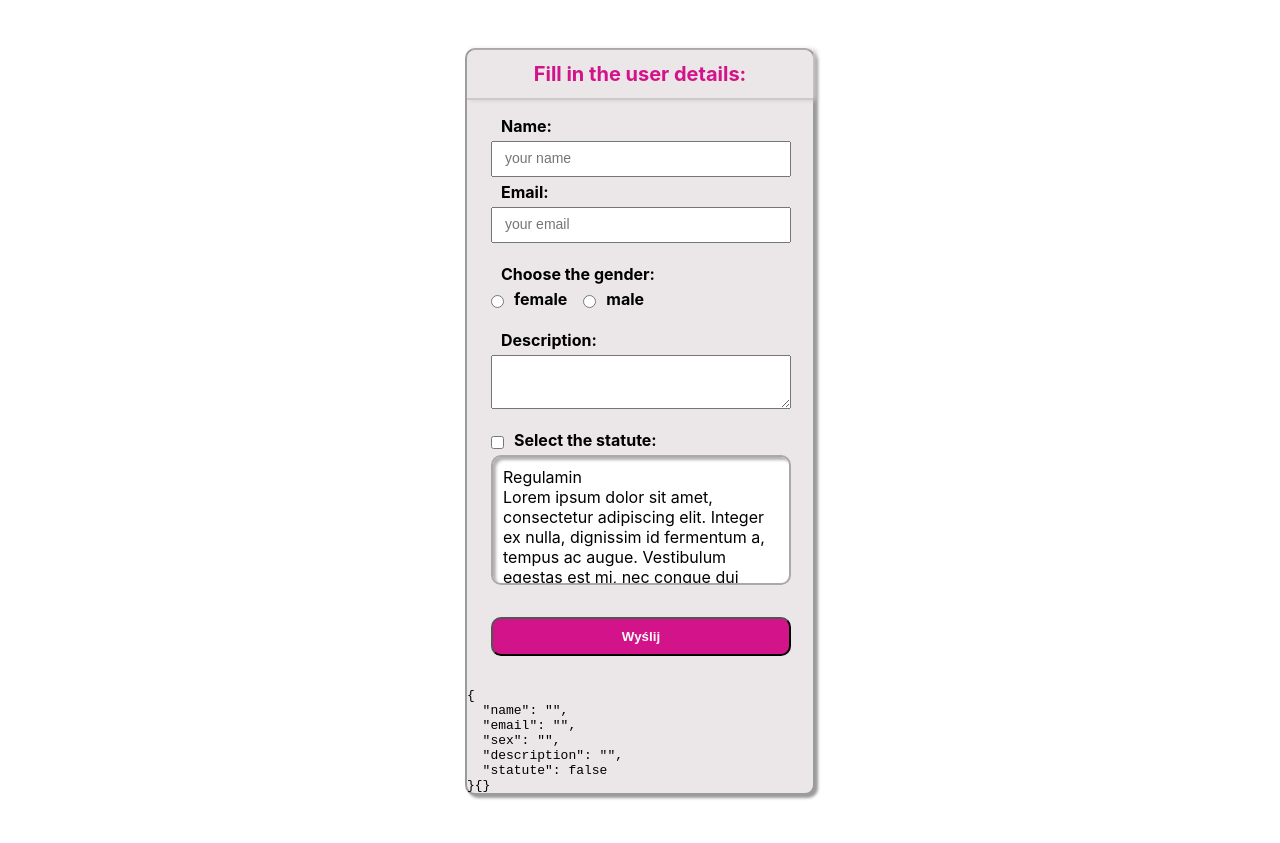
Repository: KrzysKolo/sr_tydzien4_zad3
Page: /
These files come from the project's save history. The page is drawn as it stood at one moment and after the next save; the edit follows.
The browser window is 1280 px wide. The pictures show the whole page.
The project was rebuilt for these pictures with package versions that can differ from the ones it lists, and the page was loaded fresh each time. Also part of the build but not shown: src/components/FormComponents/TextError.js.

Above is the page before, as saved 2020-11-19 17:23:13.

### src/App.js
import React from 'react';
import './App.css';
import FormikContainer from './components/Formik/FormikContainer';
import Header from './components/Header';
const App = () => {
  return (
    <main className="App">
      <Header />
      <FormikContainer />
    </main>
   );
}

export default App;

### src/App.css
* {
  margin: 0;
  padding: 0;
  box-sizing: border-box;
}
.App {
  margin: 3rem auto;
  width: 350px;
  background-color: rgb(235, 231, 232);
  border: 2px solid rgb(155, 155, 155);
  border-radius: 10px;
  box-shadow: 3px 3px 3px rgb(155, 155, 155);
}
.section {
  display: flex;
  flex-direction: column;
  margin: 1rem 1.5rem;
  justify-content: center;
}
label {
  font-weight: bold;
  display: flex;
  margin-bottom: 5px;
  margin-left: 10px;
}
input[type="text"],
input[type="email"],
textarea {
  display: block;
  width: 300px;
  padding: 6px 12px;
  font-size: 14px;
  line-height: 1.4285;
  color: #555;
  margin: 5px 0;
}
.error {
  color: red;
}
.row {
  display: flex;
  flex-direction: row;
  align-items: center;
  margin-right: 1rem;
}
.statute {
  border: 2px solid rgb(170, 169, 169);
  border-radius: 10px;
  box-shadow: inset 3px 3px 3px rgb(181, 177, 178);
  background: #ffffff;
  height: 130px;
  width: 300px;
  padding: 10px;
  overflow: auto;
}
.btn-send {
  background-color: rgba(211, 19, 137, 1);
  border-radius: 10px;
  color: white;
  cursor: pointer;
  font-weight: bold;
  margin: 1rem auto;
  padding: 10px;
  width: 300px;
  transition: all 0.3s ease-in-out;
}
.btn-send:hover {
  background-color: rgba(211, 19, 137, 0.5);
}
.header {
  color: rgba(211, 19, 137, 1);
  margin: 0 auto;
  text-align: center;
  font-weight: bold;
  border-bottom: 2px solid rgb(204, 201, 204);
  padding: 0.75rem;
  box-shadow: 3px 0 5px rgb(204, 201, 204);
}
.header h2 {
  font-size: 1.25rem;
}

### src/components/Formik/FormikContainer.js
import React, { useState } from 'react';
import { Formik, Form } from 'formik';
import * as yup from 'yup';
import FormikControl from './FormikControl';
import RadioOptions from './../../data/RadioOptions';

const FormikContainer = () => {
    const [systemMessage, setSystemMessage] = useState("");

    const onSubmit = (data, event) => {
      event.target.reset();
      setSystemMessage(<p>Dziękujemy za wysłanie!</p>);
    };
    const initialValues = {
        name: '',
        email: '',
        sex: '',
        description: '',
        statute: false,
    }

    const validationSchema = yup.object({
        name: yup.string().required("Imię jest obowiązkowe!").min(2,"Twóje imię musi mieć więcej niż 2 znaki!").max(30,'Twoje imię może mieć maxymalnie 30 znaków!'),
        email: yup.string().required("Email jest wymagany!").email("Adres zawiera błędy"),
        sex: yup.string().required('Zaznacz jedną wartość!'),
        description: yup.string().required('Wpisz kilka słów!').min(2, "Wpisz co najmniej 2 znaki").max(100, "Możesz wpisać max. 250 znaków"),
        statute: yup.boolean().required().oneOf([true], 'Musisz zaznaczyć regulamin!'),
    });
    const [ showMessage, setShowMessage ] = useState(false);

    return (
        <Formik
            initialValues={initialValues}
            validationSchema={validationSchema}
            onSubmit={onSubmit}
        >
            { ({formik, values, errors}) => (
                <Form className="form-wrapper">
                    <section className="section">
                        <FormikControl control='input' type='text' label='Name:' name='name' placeholder="your name"/>
                        <FormikControl control='input' type='email' label='Email:' name='email' placeholder="your email"/>
                    </section>
                    <section className="section">
                        <FormikControl control='radio' label='Choose the gender: ' name='sex' options={RadioOptions}/>
                    </section>
                    <section className="section">
                        <FormikControl control='textarea' label='Description:' name='description'/>
                    </section>
                    <section className="section">
                        <FormikControl control='checkbox' label='Select the statute:' name='statute'/>
                        <div className="statute">
                            Regulamin<br/>
                            <p>Lorem ipsum dolor sit amet, consectetur adipiscing elit. Integer ex nulla, dignissim id fermentum a, tempus ac augue. Vestibulum egestas est mi, nec congue dui mollis vitae. Nam dictum lectus non mauris hendrerit efficitur. Donec imperdiet nec nibh et interdum. Fusce ornare consequat sapien. Pellentesque rhoncus tempor vulputate. Aliquam eu diam laoreet, tincidunt nulla ut, dignissim turpis. Aliquam est ante, luctus sed felis et, iaculis sollicitudin tellus. Cras congue tincidunt viverra. Sed vestibulum faucibus lacus, eu dictum lorem porta id. Praesent a placerat ligula. Vestibulum faucibus ornare erat, id elementum est vehicula eu. Nunc pulvinar dolor lacus. Vestibulum dapibus efficitur orci, ac rhoncus augue auctor ut.</p>
                        </div>
                    </section>
                    <section className="section">
                         <button className="btn-send" type="submit">Wyślij</button>
                    </section>
                    <pre>
                        {JSON.stringify(values, null, 2)}
                        {JSON.stringify(errors, null, 2)}

                    </pre>
                    <>{systemMessage}</>

                </Form>
            )

            }

        </Formik>
    )
}
export default FormikContainer;

### src/components/Header.js
import React from 'react';
const Header = () => {
    return (
        <section className="header">
            <h2>Fill in the user details: </h2>
        </section>
     );
}

export default Header;

### src/components/Formik/FormikControl.js
import { Input, Radio, Checkbox, TextArea } from './../FormComponents/';


const FormikControl = (props) => {
    const { control, ...rest } = props;
    switch(control) {
        case 'input': return <Input {...rest} />
        case 'radio': return <Radio {...rest} />
        case 'textarea': return <TextArea {...rest} />
        case 'checkbox': return <Checkbox {...rest} />
        default: return null
    }
}

export default FormikControl;

### src/data/RadioOptions.js
const RadioOptions=[
    { id: 0, value: "female ", label: 'female ' },
    { id: 1, value: "male", label: 'male' },
   ];
export default RadioOptions;

### src/components/FormComponents/index.js
export { default as Input } from "./Input";
export { default as Radio } from "./Radio";
export { default as Checkbox } from "./Checkbox";
export { default as TextArea } from "./TextArea";

### src/components/FormComponents/Input.js
import React from 'react';
import{ Field, ErrorMessage } from 'formik';
import TextError from './TextError';

const Input = (props) => {
    const { label, name, ...rest } = props;
    return (

        <section className="form-control">
             <label htmlFor={name}>{label}</label>
            <Field id={name} name={name} {...rest} />
            <ErrorMessage name={name} component={TextError} />
        </section>
     );
}

export default Input;

### src/components/FormComponents/Radio.js
import React from 'react';
import{ Field, ErrorMessage } from 'formik';
import TextError from './TextError';

const Radio = (props) => {
    const { label, name, options, ...rest } = props;
    return (
        <div className="form-control">
            <label htmlFor={name}>{label}</label>
            <div className="row">
                <Field name={name} {...rest}>
                    {
                    ({ field }) => {
                        return options.map(option => {
                            return (
                                <div className="row" key={option.id} >
                                    <input type='radio' id={option.id} {...field} value={option.value} checked={field.value === option.value}/>
                                    <label htmlFor={option.id}>{option.label}</label>
                                </div>
                            )
                        })
                    }
                    }
                </Field>
            </div>
            <ErrorMessage name={name} component={TextError} />
        </div>
     );
}

export default Radio;

### src/components/FormComponents/Checkbox.js
import React from 'react';
import{ Field, ErrorMessage } from 'formik';
import TextError from './TextError';

const Checkbox = (props) => {
    const { label, name, ...rest } = props;
    return (
        <div className="form-control">
            <div className="row">
                <Field type='checkbox' id={name} name="statute" {...rest}/>
                <label htmlFor={name}>{label}</label>
            </div>
            <ErrorMessage name={name} component={TextError} />
        </div>
     );
}

export default Checkbox;

### src/components/FormComponents/TextArea.js
import React from 'react';
import{ Field, ErrorMessage } from 'formik';
import TextError from './TextError';

const TextArea = (props) => {
    const { label, name, ...rest } = props;
    return (
        <div className="form-control">
            <label htmlFor={name}>{label}</label>
            <Field as ='textarea' id={name} name={name} {...rest} />
            <ErrorMessage name={name} component={TextError} />
        </div>
     );
}

export default TextArea;

Loaded but not shown: public/index.html (common file); src/index.js (common file); src/index.css (common file)

After the next save:
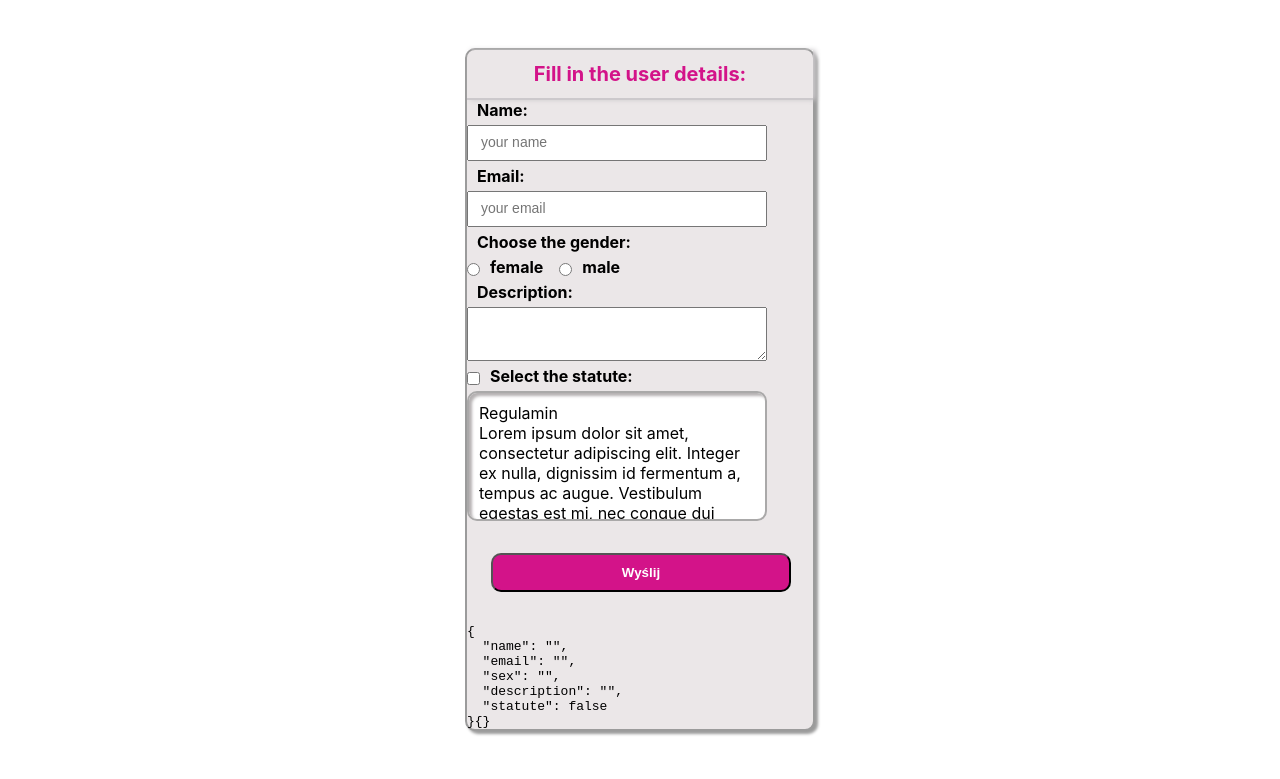
Saved 71 s later.
--- a/src/components/Formik/FormikContainer.js
+++ b/src/components/Formik/FormikContainer.js
@@ -36,23 +36,16 @@ const FormikContainer = () => {
         >
             { ({formik, values, errors}) => (
                 <Form className="form-wrapper">
-                    <section className="section">
+
                         <FormikControl control='input' type='text' label='Name:' name='name' placeholder="your name"/>
                         <FormikControl control='input' type='email' label='Email:' name='email' placeholder="your email"/>
-                    </section>
-                    <section className="section">
                         <FormikControl control='radio' label='Choose the gender: ' name='sex' options={RadioOptions}/>
-                    </section>
-                    <section className="section">
                         <FormikControl control='textarea' label='Description:' name='description'/>
-                    </section>
-                    <section className="section">
                         <FormikControl control='checkbox' label='Select the statute:' name='statute'/>
-                        <div className="statute">
-                            Regulamin<br/>
-                            <p>Lorem ipsum dolor sit amet, consectetur adipiscing elit. Integer ex nulla, dignissim id fermentum a, tempus ac augue. Vestibulum egestas est mi, nec congue dui mollis vitae. Nam dictum lectus non mauris hendrerit efficitur. Donec imperdiet nec nibh et interdum. Fusce ornare consequat sapien. Pellentesque rhoncus tempor vulputate. Aliquam eu diam laoreet, tincidunt nulla ut, dignissim turpis. Aliquam est ante, luctus sed felis et, iaculis sollicitudin tellus. Cras congue tincidunt viverra. Sed vestibulum faucibus lacus, eu dictum lorem porta id. Praesent a placerat ligula. Vestibulum faucibus ornare erat, id elementum est vehicula eu. Nunc pulvinar dolor lacus. Vestibulum dapibus efficitur orci, ac rhoncus augue auctor ut.</p>
-                        </div>
-                    </section>
+                            <div className="statute">
+                                Regulamin<br/>
+                                <p>Lorem ipsum dolor sit amet, consectetur adipiscing elit. Integer ex nulla, dignissim id fermentum a, tempus ac augue. Vestibulum egestas est mi, nec congue dui mollis vitae. Nam dictum lectus non mauris hendrerit efficitur. Donec imperdiet nec nibh et interdum. Fusce ornare consequat sapien. Pellentesque rhoncus tempor vulputate. Aliquam eu diam laoreet, tincidunt nulla ut, dignissim turpis. Aliquam est ante, luctus sed felis et, iaculis sollicitudin tellus. Cras congue tincidunt viverra. Sed vestibulum faucibus lacus, eu dictum lorem porta id. Praesent a placerat ligula. Vestibulum faucibus ornare erat, id elementum est vehicula eu. Nunc pulvinar dolor lacus. Vestibulum dapibus efficitur orci, ac rhoncus augue auctor ut.</p>
+                            </div>
                     <section className="section">
                          <button className="btn-send" type="submit">Wyślij</button>
                     </section>
